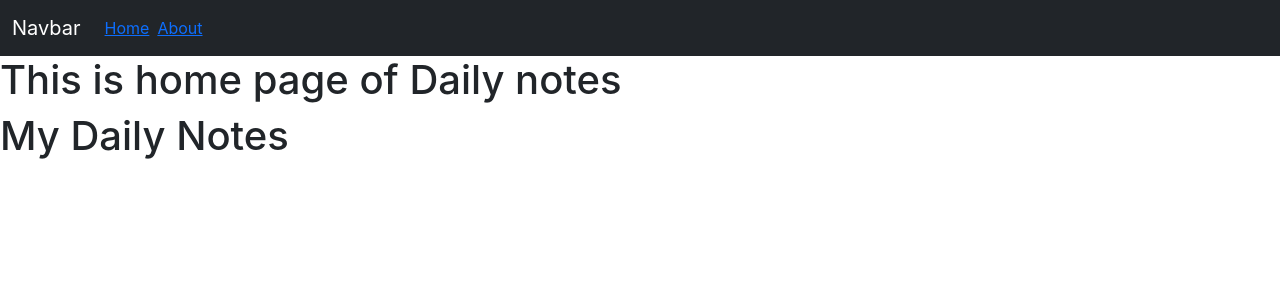
Repository: alphacode77/DailyNotes-react
Page: /home
These files come from the project's save history. The page is drawn as it stood at one moment and after the next save; the edit follows.
The browser window is 1280 px wide. The pictures show the whole page.
Some web libraries are served in a nearby version. The project was rebuilt for these pictures with package versions that can differ from the ones it lists, and the page was loaded fresh each time. Also part of the build but not shown: src/App.css, src/components/About.js.

Above is the page before, as saved 2023-02-27 23:00:59.

### public/index.html
<!DOCTYPE html>
<html lang="en">
  <head>
    <meta charset="utf-8" />
    <link rel="icon" href="%PUBLIC_URL%/favicon.ico" />
    <meta name="viewport" content="width=device-width, initial-scale=1" />
    <meta name="theme-color" content="#000000" />
    <meta
      name="description"
      content="Web site created using create-react-app"
    />
    <link rel="apple-touch-icon" href="%PUBLIC_URL%/logo192.png" />
    <!--
      manifest.json provides metadata used when your web app is installed on a
      user's mobile device or desktop. See https://developers.google.com/web/fundamentals/web-app-manifest/
    -->
    <link rel="manifest" href="%PUBLIC_URL%/manifest.json" />
    <!--
      Notice the use of %PUBLIC_URL% in the tags above.
      It will be replaced with the URL of the `public` folder during the build.
      Only files inside the `public` folder can be referenced from the HTML.

      Unlike "/favicon.ico" or "favicon.ico", "%PUBLIC_URL%/favicon.ico" will
      work correctly both with client-side routing and a non-root public URL.
      Learn how to configure a non-root public URL by running `npm run build`.
    -->
    <link href="https://cdn.jsdelivr.net/npm/bootstrap@5.3.0-alpha1/dist/css/bootstrap.min.css" rel="stylesheet" integrity="sha384-GLhlTQ8iRABdZLl6O3oVMWSktQOp6b7In1Zl3/Jr59b6EGGoI1aFkw7cmDA6j6gD" crossorigin="anonymous">
    <title>React App</title>
  </head>
  <body>
    <noscript>You need to enable JavaScript to run this app.</noscript>
    <div id="root"></div>
    <!--
      This HTML file is a template.
      If you open it directly in the browser, you will see an empty page.

      You can add webfonts, meta tags, or analytics to this file.
      The build step will place the bundled scripts into the <body> tag.

      To begin the development, run `npm start` or `yarn start`.
      To create a production bundle, use `npm run build` or `yarn build`.
    -->
    <script src="https://cdn.jsdelivr.net/npm/bootstrap@5.3.0-alpha1/dist/js/bootstrap.bundle.min.js" integrity="sha384-w76AqPfDkMBDXo30jS1Sgez6pr3x5MlQ1ZAGC+nuZB+EYdgRZgiwxhTBTkF7CXvN" crossorigin="anonymous"></script>
    <script src="https://kit.fontawesome.com/320aa9be75.js" crossorigin="anonymous"></script>
  </body>
</html>

### src/index.css
body {
  margin: 0;
  font-family: -apple-system, BlinkMacSystemFont, 'Segoe UI', 'Roboto', 'Oxygen',
    'Ubuntu', 'Cantarell', 'Fira Sans', 'Droid Sans', 'Helvetica Neue',
    sans-serif;
  -webkit-font-smoothing: antialiased;
  -moz-osx-font-smoothing: grayscale;
}

code {
  font-family: source-code-pro, Menlo, Monaco, Consolas, 'Courier New',
    monospace;
}


/* Custom Styles */
i{
  cursor: pointer;
}

### src/App.js
import './App.css';
import Navbar from './components/Navbar';
import Home from './components/Home';
import About from './components/About';
import NoteState from './Context/Notes/NoteState';
import {
  BrowserRouter as Router,
  Route,
  Routes
} from "react-router-dom";

function App() {
  return (
    <>
    <NoteState>

    <Router>
      <Navbar/>
    <Routes>
      <Route exact path="/home" element={<Home/>} />
      <Route exact path="/about" element={<About/>} />
      {/* <Route exactPath="/navbar" element={<Navbar/>} /> */}
    </Routes>
    <h1>My Daily Notes</h1>
  </Router>
  </NoteState>

    </>

  );
}

export default App;

### src/components/Navbar.js
import React, { useEffect }  from 'react'
import { Link,useLocation } from 'react-router-dom'

const Navbar = ()=>{
  let location = useLocation();
  useEffect(()=>{

  },[location])
    return (
     <>
     <nav className="navbar navbar-expand-lg bg-dark navbar-dark">
  <div className="container-fluid">
    <Link className="navbar-brand" to="/">Navbar</Link>
    <button className="navbar-toggler" type="button" data-bs-toggle="collapse" data-bs-target="#navbarSupportedContent" aria-controls="navbarSupportedContent" aria-expanded="false" aria-label="Toggle navigation">
      <span className="navbar-toggler-icon"></span>
    </button>
    <div className="collapse navbar-collapse" id="navbarSupportedContent">
      <ul className="navbar-nav me-auto mb-2 mb-lg-0">
        <li className="nav-item mx-2">
          <Link className={`"nav-link" ${location.pathname==="/home"?"active":""}`} aria-current="page" to="/home">Home</Link>
        </li>
        <li className="nav-item">
          <Link className={`"nav-link" ${location.pathname==="/about"?"active":""}`} to="/about">About</Link>
        </li>
      </ul>

    </div>
  </div>
</nav>
     </>
    )
}

export default Navbar

### src/components/Home.js
import React from "react"

const Home =()=>{
    return(
        <>
        <h1>This is home page of Daily notes</h1>
        </>
    )
}

export default Home

### src/Context/Notes/NoteState.js
import React,{useState} from "react";
import NoteContext from "./NoteContext"


const NoteState = (props)=>{

   const initalNotes= [
    {
      "_id": "63f3b6c7c6863985aada677be",
      "user": "63f20b9a00ad623ad3d4dae2",
      "title": "This is my second title",
      "description": "Description of the second note",
      "tag": "demo check",
      "date": "2023-02-20T18:07:03.296Z",
      "__v": 0
    },
    {
      "_id": "63f3b892a33086ff244bcc267",
      "user": "63f20b9a00ad623ad3d4dae2",
      "title": "This is my second title",
      "description": "Description of the second note",
      "tag": "demo check",
      "date": "2023-02-20T18:14:42.184Z",
      "__v": 0
    },
    {
      "_id": "63f3b89ca34086ff244bcc26b",
      "user": "63f20b9a00ad623ad3d4dae2",
      "title": "This is my second title12",
      "description": "Description of the second note12",
      "tag": "demo check",
      "date": "2023-02-20T18:14:52.449Z",
      "__v": 0
    },
    {
      "_id": "63f49f58882156f0ed94969e",
      "user": "63f20b9a00ad623ad3d4dae2",
      "title": "This is my third title",
      "description": "Description of the third note",
      "tag": "personal",
      "date": "2023-02-21T10:39:20.800Z",
      "__v": 0
    },
    {
      "_id": "63f49f588821565f0ed94969e",
      "user": "63f20b9a00ad623ad3d4dae2",
      "title": "This is my third title",
      "description": "Description of the third note",
      "tag": "personal",
      "date": "2023-02-21T10:39:20.800Z",
      "__v": 0
    },
    {
      "_id": "63f90022ae5c6479c6e95d43e",
      "user": "63f20b9a00ad623ad3d4dae2",
      "title": "This is my fourth title",
      "description": "Description of the fourth note",
      "tag": "personal",
      "date": "2023-02-24T18:21:30.036Z",
      "__v": 0
    },
    {
      "_id": "63f90b33480d3d651f2ba231",
      "user": "63f20b9a00ad623ad3d4dae2",
      "title": "This is my fifth title",
      "description": "Description of the fifth note",
      "tag": "personal",
      "date": "2023-02-24T19:08:35.605Z",
      "__v": 0
    }
  ]
const [notes,setNotes]=useState(initalNotes)

  //Add Notes
const addNote=(title,description,tag)=>{
  let note={
  "_id": "63f90022ae5c6479c6e95d43e",
  "user": "63f20b9a00ad623ad3d4dae2",
  "title": title,
  "description": description,
  "tag": tag,
  "date": "2023-02-24T18:21:30.036Z",
  "__v": 0
  }
setNotes(notes.concat (note))
}

//Delete Notes
const deleteNote=()=>{

}

//Update Notes
const updateNote= ()=>{

}
    return (
        <NoteContext.Provider value={{notes,setNotes,addNote,deleteNote,updateNote}}>
            {props.children}
        </NoteContext.Provider>

    )
}

export default NoteState;

### src/Context/Notes/NoteContext.js
import {createContext} from 'react'

const NoteContext = createContext();

export default NoteContext;

Loaded but not shown: src/index.js (common file)

After the next save:
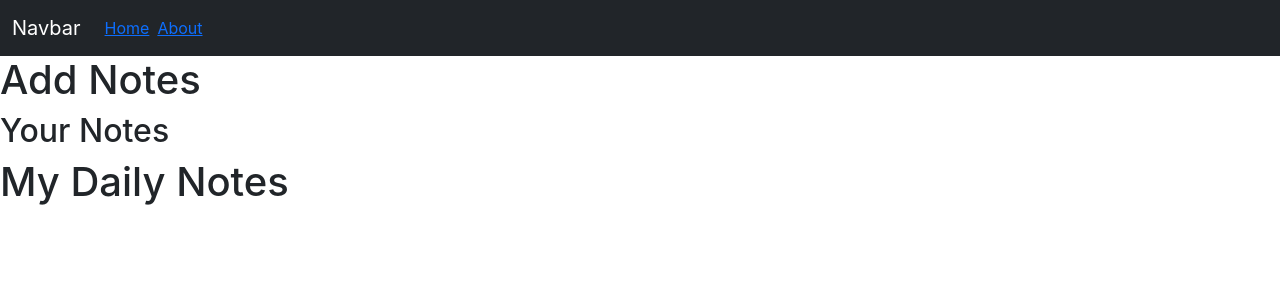
Saved 4 min 39 s later.
--- a/src/components/Home.js
+++ b/src/components/Home.js
@@ -3,7 +3,8 @@ import React from "react"
 const Home =()=>{
     return(
         <>
-        <h1>This is home page of Daily notes</h1>
+        <h1>Add Notes</h1>
+        <h2>Your Notes</h2>
         </>
     )
 }
